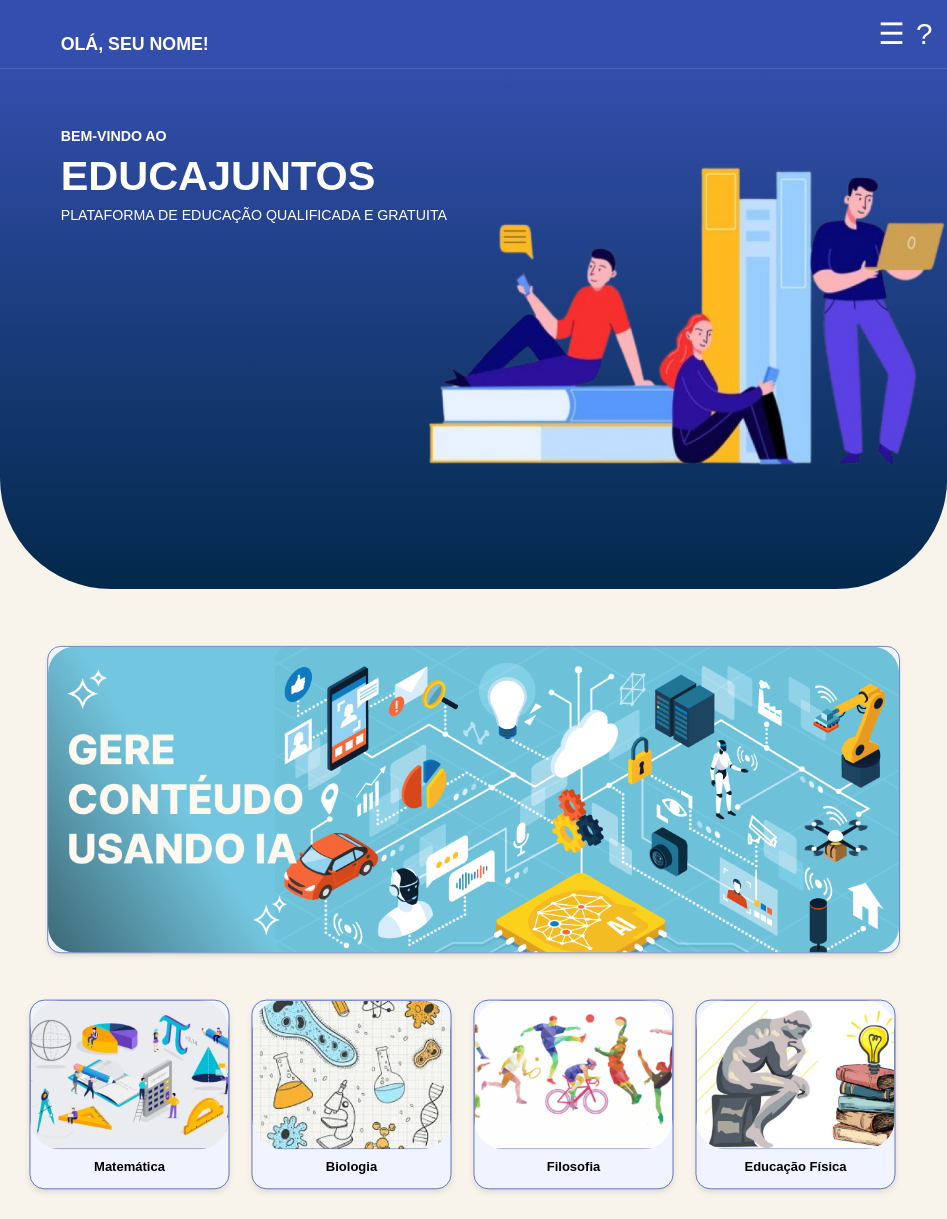
Repository: Matheus904-12/EDUCAJUNTOS
Page: inicio/index.html
An editor plug-in stored every save of this project. The page is shown before and after a run of saves, followed by the edit.
The browser window is 1280 px wide. The pictures show the whole page, at 74% of full size.

Above is the page before, as saved 2024-10-28 19:53:46.

### inicio/index.html
<!DOCTYPE html>
<html lang="pt-BR">

<head>
    <meta charset="UTF-8">
    <meta name="viewport" content="width=device-width, initial-scale=1.0">
    <title>Educajuntos</title>
    <link rel="stylesheet" href="style.css">
</head>

<body>
    <header>
        <h1>OLÁ, SEU NOME!</h1>
        <nav>
            <button class="menu-btn">&#9776;</button>
            <button class="help-btn">?</button>
        </nav>
    </header>

    <section class="hero">
        <h2>BEM-VINDO AO</h2>
        <h3>EDUCAJUNTOS</h3>
        <p>PLATAFORMA DE EDUCAÇÃO QUALIFICADA E GRATUITA</p>
        <div class="hero-image">
            <img src="../image/1.png" alt="Imagem ilustrativa de pessoas estudando">
        </div>
    </section>

    <br>
    <br>
    <br>

    <main>

        <div class="category-card large">
            <img src="../image/7.png" alt="IA">
        </div>

        <section class="categories">
            <div class="category-card">
                <img src="../image/2.png" alt="Matemática">
                <p>Matemática</p>
                <br>
            </div>
            <div class="category-card">
                <img src="../image/3.png" alt="Biologia">
                <p>Biologia</p>
                <br>
            </div>
            <div class="category-card">
                <img src="../image/6.png" alt="Filosofia">
                <p>Filosofia</p>
                <br>
            </div>
            <div class="category-card">
                <img src="../image/5.png" alt="Educação Física">
                <p>Educação Física</p>
                <br>
            </div>
        </section>
    </main>

    <script src="script.js"></script>
</body>

</html>

### inicio/style.css
* {
    margin: 0;
    padding: 0;
    box-sizing: border-box;
    font-family: Arial, sans-serif;
}

body {
    background-color: #F8F4EB;
    color: #333;
}

header {
    background-color: #334EAC;
    color: #fff;
    padding: 20px;
    display: flex;
    justify-content: space-between;
    align-items: center;
}

header h1 {
    font-size: 1.5em;
    margin-left: 5%;
    margin-top: 2%;
}

nav {
    display: flex;
    gap: 15px;
}

.menu-btn,
.help-btn {
    background: none;
    border: none;
    color: #fff;
    font-size: 2.5em;
    cursor: pointer;
}

/* Hero Section with Rounded Bottom Borders and Centered Image */
.hero {
    background: linear-gradient( #334EAC, #02294b);
    color: #fff;
    padding: 80px 20px;
    border-bottom-left-radius: 150px;
    border-bottom-right-radius: 150px;
    position: relative;
    display: flex;
    flex-direction: column;
    align-items: flex-start;
    overflow: hidden;

}

.hero h2 {
    font-size: 1.2em;
    margin-bottom: 10px;
    font-weight: bold;
    margin-left: 5%;
}

.hero h3 {
    font-size: 3.5em;
    margin-bottom: 10px;
    font-weight: bold;
    margin-left: 5%;
}

.hero p {
    font-size: 1.2em;
    margin-bottom: 20px;
    margin-left: 5%;
}

.hero-image {
    display: flex;
    margin-left: 40%;
    width: 802px;
    height: 580px;
    margin-top: -15%;
}

.hero-image img {
    width: 100%;
    height: auto;
    border-radius: 0 0 150px 150px;
}

/* Categories Section */
.categories {
    display: grid;
    grid-template-columns: repeat(4, 1fr);
    gap: 0px;
    padding: 40px;
}

.category-card {
    background-color: #F0F4FF; /* Cor de fundo suave */
    border: 1px solid #334EAC; /* Contorno azul */
    border-radius: 20px;
    text-align: center;
    box-shadow: 0px 4px 8px rgba(0, 0, 0, 0.1);
    width: 90%;
    height: 100%;

}

.category-card img {
    width: 100%;
    border-radius: 40px;
    margin-top: 0px;
}

.category-card p {
    margin-top: 10px;
    font-size: 1.1em;
    font-weight: bold;
    color: #000000;
}

/* Ajuste do card para o modo grande */
.category-card.large {
    grid-column: span 2;
    display: flex;
    justify-content: center;
    align-items: center;
    font-size: 1.5em;
    font-weight: bold;
    width: 100%;
    transform: scale(90%);
    border
}

### inicio/script.js
document.addEventListener('DOMContentLoaded', () => {
    const menuButton = document.querySelector('.menu-btn');
    const dropdownMenu = document.querySelector('.dropdown-menu');

    menuButton.addEventListener('click', () => {
        dropdownMenu.style.display = dropdownMenu.style.display === 'block' ? 'none' : 'block';
    });

    // Fecha o menu dropdown ao clicar fora dele
    document.addEventListener('click', (event) => {
        if (!menuButton.contains(event.target) && !dropdownMenu.contains(event.target)) {
            dropdownMenu.style.display = 'none';
        }
    });
});

After the next 5 saves:
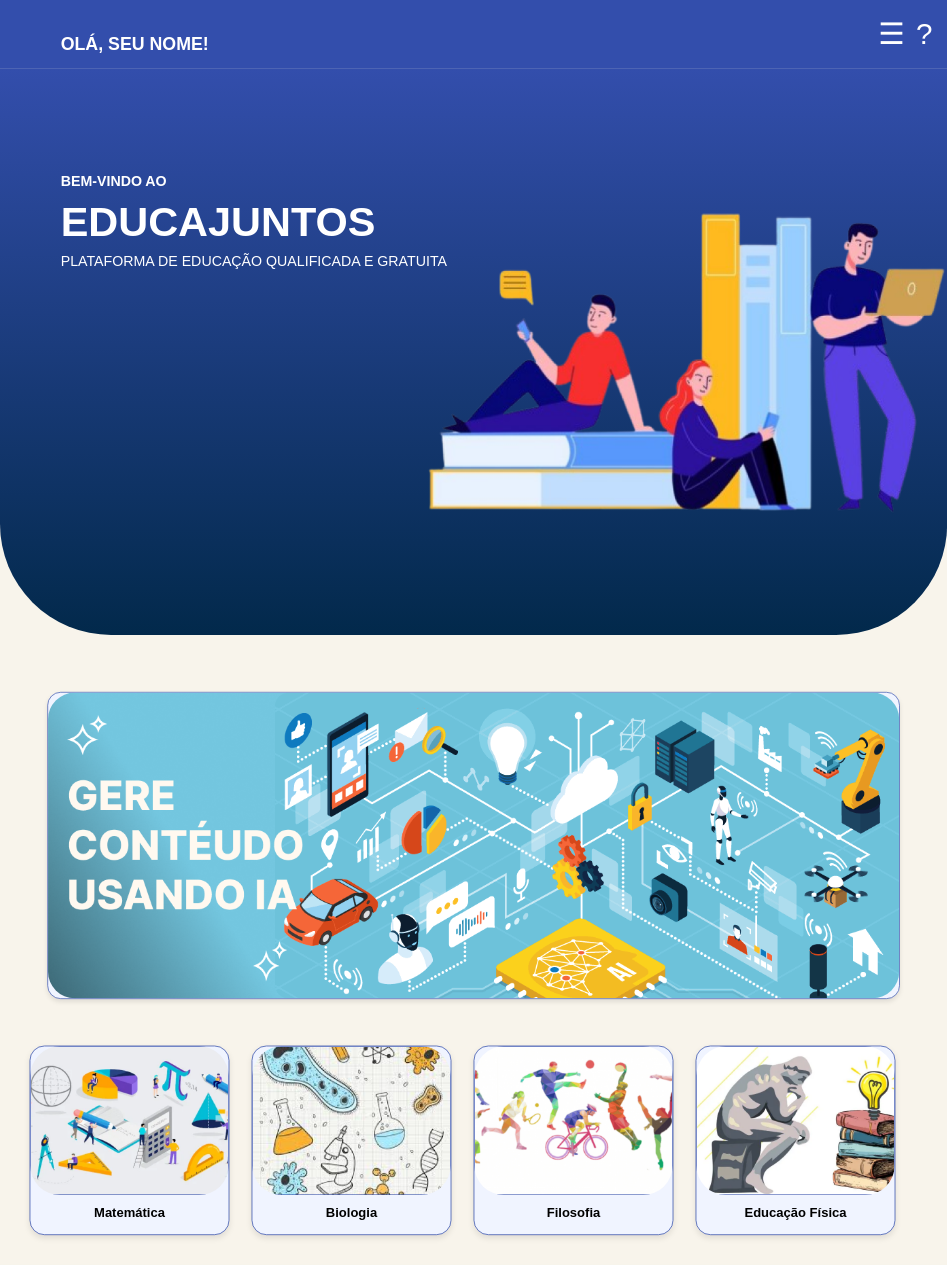
The 5 saves are shown as one change because they came seconds apart.
The last was saved 45 s later.
--- a/inicio/style.css
+++ b/inicio/style.css
@@ -59,6 +59,7 @@ nav {
     margin-bottom: 10px;
     font-weight: bold;
     margin-left: 5%;
+    margin-top: 5%;
 }
 
 .hero h3 {
